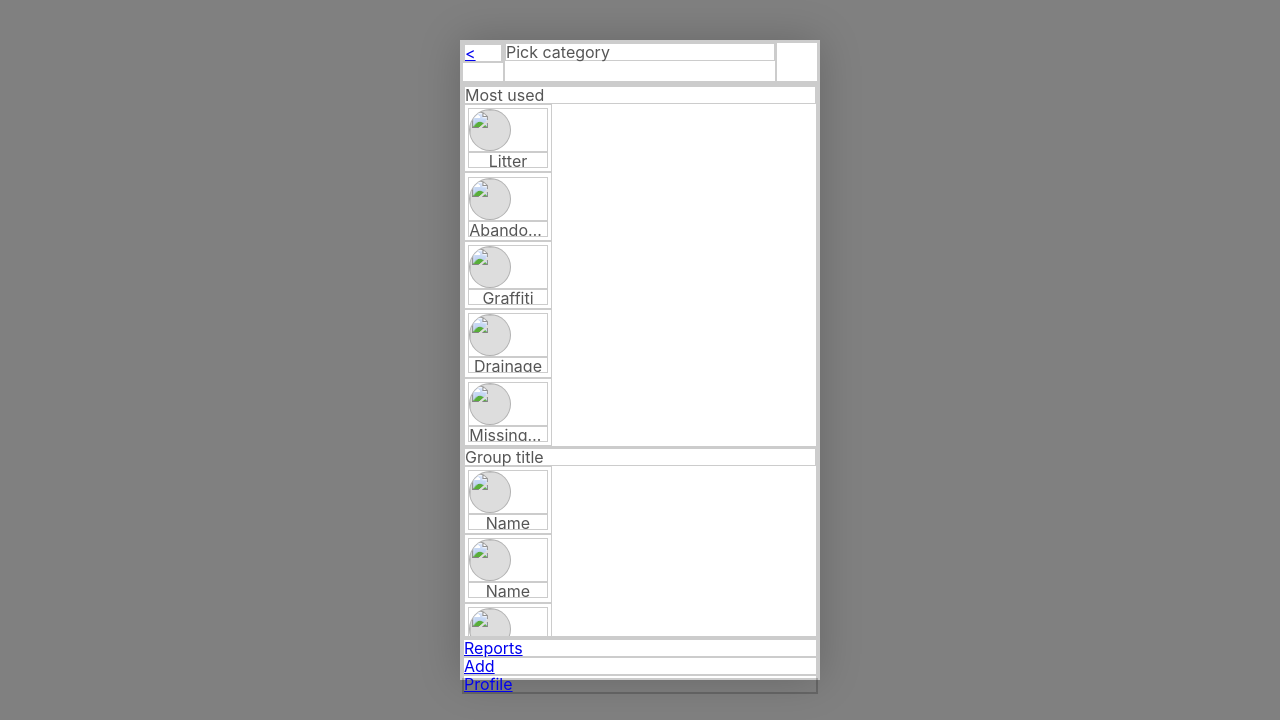
Repository: aleksandrenko/html-css-playground
Page: add report.html
These files come from the project's save history. The page is drawn as it stood at one moment and after a run of saves; the edit follows.
The browser window is 1280 px wide. The pictures show the whole page.

Above is the page before, as saved 2018-01-18 17:53:23.

### add report.html
<!DOCTYPE html>
<html lang="en">
<head>
  <meta charset="UTF-8">
  <link rel="stylesheet" href="./css/shared.css">
  <link rel="stylesheet" href="./css/pages/categories.css">
</head>
<body>

<app>
  <header>
    <left>
      <history-control>
        <a href="#"><</a>
      </history-control>
    </left>
    <middle>
      <page-name>Pick category</page-name>
    </middle>
    <right></right>
  </header>
  <main>
    <categories>
      <group>
        <title>Most used</title>
        <category>
            <picture><img src="./" alt=""></picture>
            <name>Litter</name>
          </category>
          <category>
            <picture><img src="./" alt=""></picture>
            <name>Abandoned vehicles</name>
          </category>
          <category>
            <picture><img src="./" alt=""></picture>
            <name>Graffiti</name>
          </category>
          <category>
            <picture><img src="./" alt=""></picture>
            <name>Drainage</name>
          </category>
          <category>
            <picture><img src="./" alt=""></picture>
            <name>Missing/Damaged Road Signs</name>
          </category>
      </group>

      <group>
          <title>Group title</title>
          <category>
              <picture><img src="./" alt=""></picture>
              <name>Name</name>
            </category>
            <category>
              <picture><img src="./" alt=""></picture>
              <name>Name</name>
            </category>
            <category>
              <picture><img src="./" alt=""></picture>
              <name>Name</name>
            </category>
            <category>
              <picture><img src="./" alt=""></picture>
              <name>Name</name>
            </category>
            <category>
              <picture><img src="./" alt=""></picture>
              <name>Name</name>
            </category>
            <category>
              <picture><img src="./" alt=""></picture>
              <name>Name</name>
            </category>
            <category>
              <picture><img src="./" alt=""></picture>
              <name>Name</name>
            </category>
            <category>
              <picture><img src="./" alt=""></picture>
              <name>Name</name>
            </category>
            <category>
              <picture><img src="./" alt=""></picture>
              <name>Name</name>
            </category>
            <category>
              <picture><img src="./" alt=""></picture>
              <name>Name</name>
            </category>
            <category>
              <picture><img src="./" alt=""></picture>
              <name>Name</name>
            </category>
        </group>
    </categories>
  </main>
  <footer>
    <nav>
      <a href="#">Reports</a>
      <a href="#">Add</a>
      <a href="report.html">Profile</a>
    </nav>
  </footer>
</app>

</body>
</html>

### css/shared.css
@import "config.css";
@import "reset.css";
@import "global.css";

@import "debug.css";

@import "layout.css";

### css/pages/categories.css
categories {
  display: flex;
  flex-direction: column;
}

categories group category {
  width: 25%;
  text-align: center;
  padding: 0.2rem;
  display:
}

categories group picture img {
  display: block;
  width: 42px;
  height: 42px;
  background: #ddd;
  border-radius: 50%;
}

categories group name {
  overflow: hidden;
  text-overflow: ellipsis;
  height: 1rem;
}

### index.html
<!DOCTYPE html>
<html lang="en">
<head>
  <meta charset="UTF-8">
  <link rel="stylesheet" href="./css/shared.css">
  <link rel="stylesheet" href="./css/pages/splash.css">
</head>
<body>

<app>
  <splash>
    <h1>Ready to report?</h1>
    <h2>Report, track and discuss local problems!</h2>
    <login-button><a href="reports.html">Facebook</a></login-button>
  </splash>
</app>

</body>
</html>

### css/config.css
:root {
    --header-height: 42px;
    --footer-height: 42px;

    --min-width: 320px;
    --min-height: 460px;

    --text-global-color: #555;
    --text-global-font: "SF Pro Display", "SF Pro Icons", "Helvetica Neue", "Helvetica", "Roboto", "Arial" ,sans-serif;
}

### css/reset.css
html, body, div, span,
h1, h2, h3, h4, h5, h6, p,
a, abbr, acronym, address, img,
small, strike, strong,
b, u, i, center, ol, ul, li,
fieldset, form, label, footer, header,
menu, nav, section {
    margin: 0;
    padding: 0;
    border: 0;
    font-size: 100%;
    font: inherit;
    vertical-align: baseline;
}
/* HTML5 display-role reset for older browsers */
article, aside, details, figcaption, figure,
footer, header, hgroup, menu, nav, section {
    display: block;
}
body {
    line-height: 1;
}
ol, ul {
    list-style: none;
}

### css/global.css
body {
    min-height: var(--min-height);
    min-width: var(--min-width);
}

* {
    box-sizing: border-box;
    display: block;
}

app {
    font-family: var(--text-global-font);
    font-size: 1rem;
    color: var(--text-global-color);
    background: white;

}

### css/debug.css

body {
  background: gray;
}

body * {
  border: solid 1px rgba(0,0,0,0.2);
}

app {
  width: 360px;
  height: 640px;
  box-shadow: 0 0 40px rgba(0, 0, 0, .2);

  top: 50% !important;
  left: 50% !important;
  bottom: auto;
  right: auto;
  transform: translate(-50%, -50%);
}

### css/layout.css
app {
  display: flex;
  flex-direction: column;
  position: fixed;
  top: 0;
  bottom: 0;
  left: 0;
  right: 0;
}

/* app header */

app header {
  display: flex;
  height: 42px;
}

app header left {
  width: 42px;
}

app header middle {
  flex: 1;
}

app header right {
  width: 42px;
}

/* app main */

app main {
  flex: 1;
  position: relative;
  overflow: hidden;
}

/* app footer */

app footer {
  height: 42px;
}

After the next 2 saves:
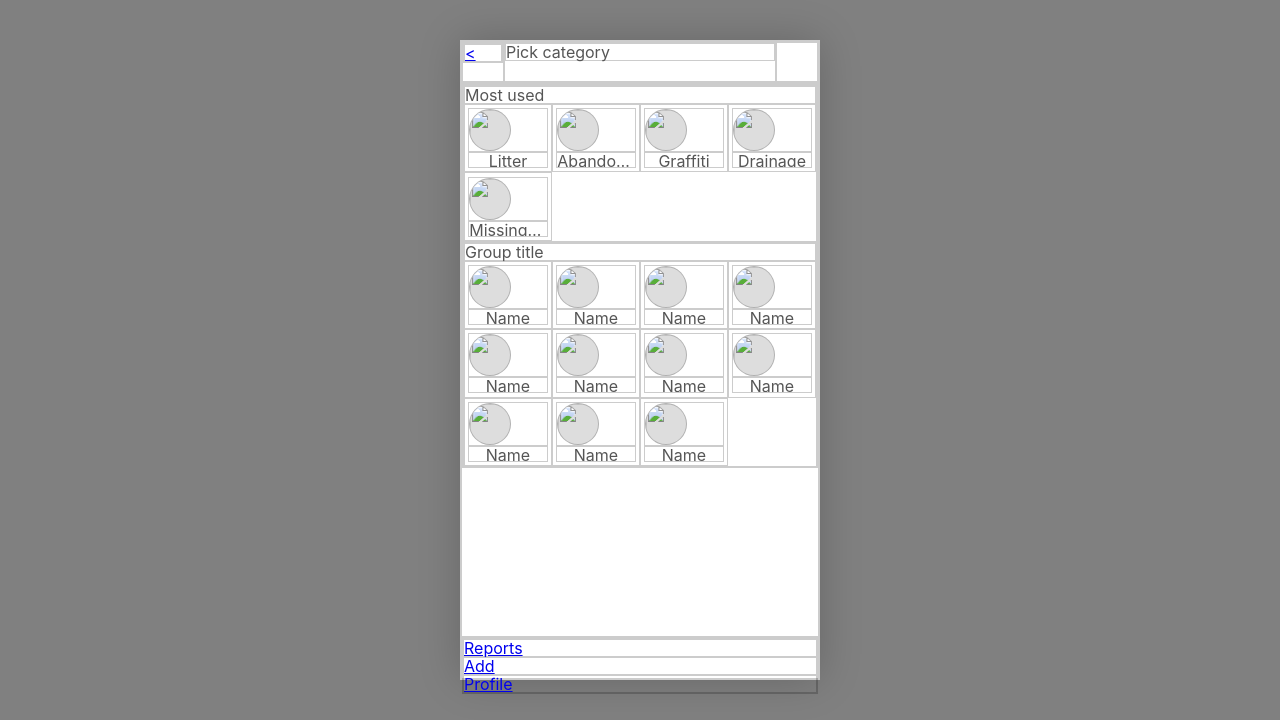
The 2 saves are shown as one change because they came seconds apart.
The last was saved 7 s later.
--- a/css/pages/categories.css
+++ b/css/pages/categories.css
@@ -7,7 +7,7 @@ categories group category {
   width: 25%;
   text-align: center;
   padding: 0.2rem;
-  display:
+  float: left;
 }
 
 categories group picture img {
